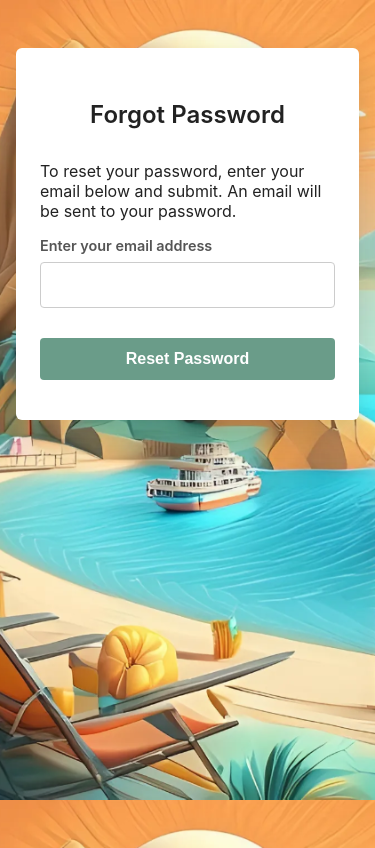
Repository: Nuttawut-Amattong/outtrip
Page: /forgot-password (app in OutTrip/)
An editor plug-in stored every save of this project. The page is shown before and after a run of saves, followed by the edit.
The browser window is 375 px wide. The pictures show the whole page.
Backgrounds fixed to the window are drawn as part of the page. The project was rebuilt for these pictures with package versions that can differ from the ones it lists, and the page was loaded fresh each time. Also part of the build but not shown: OutTrip/vite.config.js, OutTrip/src/component/Login.jsx, OutTrip/src/component/Register.jsx.

Above is the page before, as saved 2025-05-19 02:16:45.

After the next 2 saves:
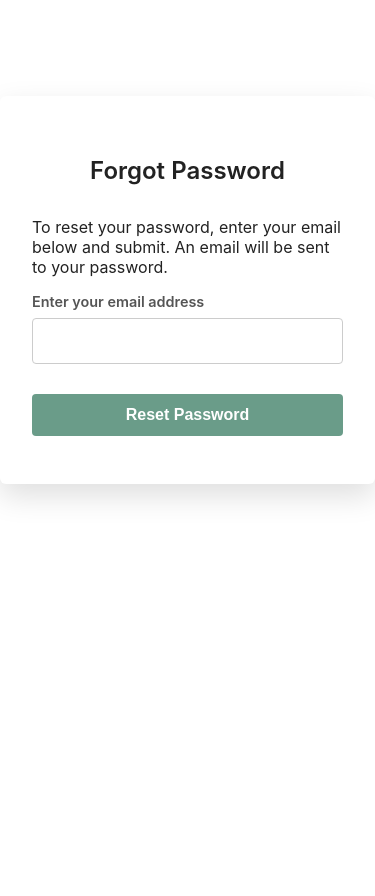
The 2 saves are shown as one change because they came seconds apart.
The last was saved 94 s later.
--- a/OutTrip/src/component/forgetpass.module.css
+++ b/OutTrip/src/component/forgetpass.module.css
@@ -86,8 +86,8 @@ body {
 
 
 @media (max-width: 480px) {
-  .container {
-    margin: 3rem 1rem;
-    padding: 2rem 1.5rem 2.5rem;
+  body {
+    background-image: none !important;
+    background-color: #fff;
   }
 }
